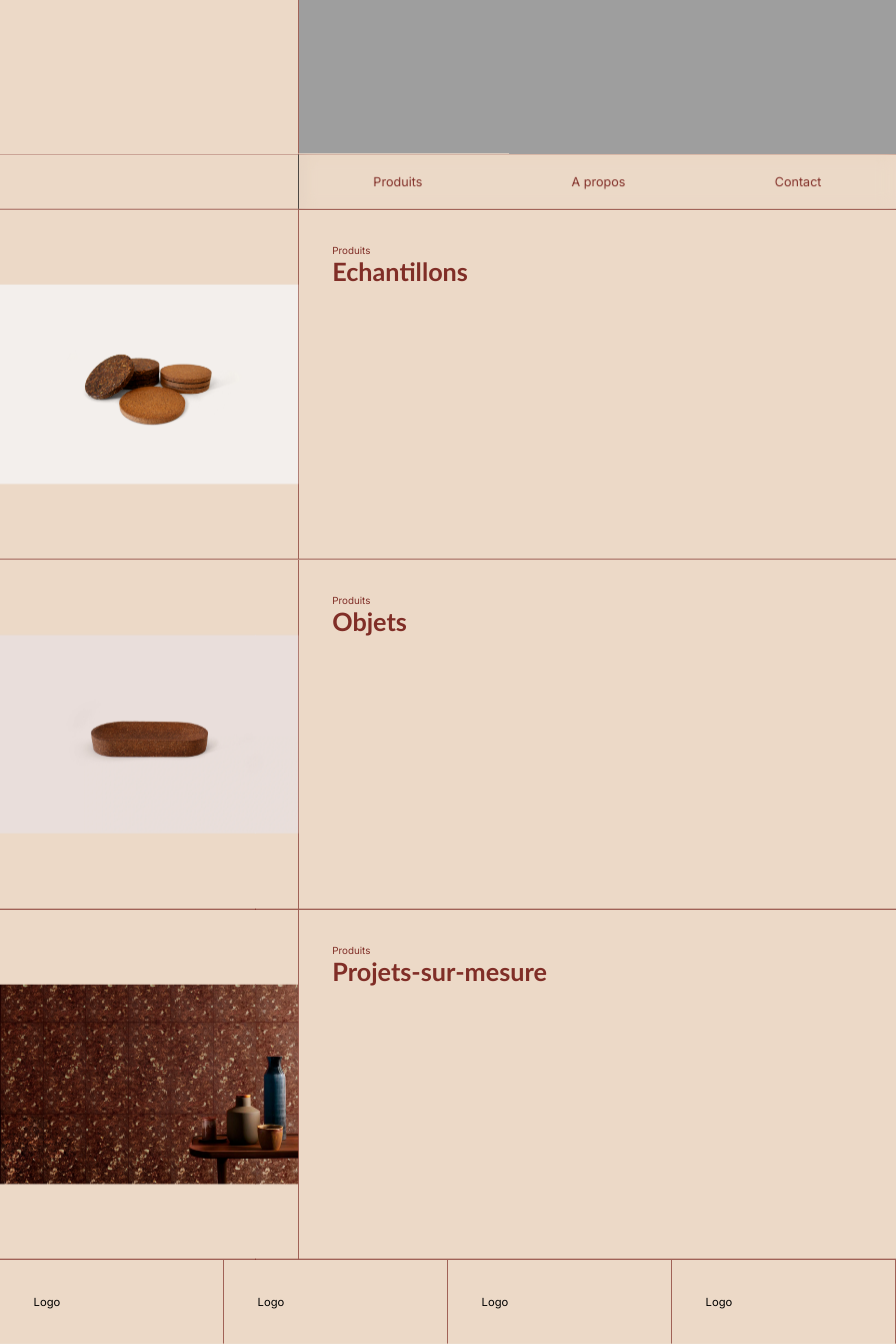
Repository: Neewd/adaozan
Page: /
The author's editor kept a copy of each file at every save. The page is drawn from the files as they stood at one save, then again after the next save.
The browser window is 1280 px wide. The pictures show the part of the page from y = 428 to 2348 px (the page is 2348 px tall before and 1319 px after), at 70% of full size.
Pictures or frames that could not be fetched are drawn as grey boxes. The project was rebuilt for these pictures with package versions that can differ from the ones it lists, and the page was loaded fresh each time. The framework's server and built-in components were replaced by stand-ins that run in the browser. Also part of the build but not shown: next.config.js.

Above is the page before, as saved 2023-08-10 21:06:15.

### app/page.tsx
import Image from "next/image";
import { Metadata } from "next";
import { ProductHero, ProductHeroProps } from "./components/ProductHero";
import { LogoCloud } from "./components/LogoCloud";

export const metadata: Metadata = {
	title: "Adaozañ",
	description: "Terme breton, définition: recycler, revaloriser",
};

const products: ProductHeroProps[] = [
	{
		imageUrl: "/img/echantillons.webp",
		title: "Produits",
		subtitle: "Echantillons",
	},
	{
		imageUrl: "/img/broye_solo.webp",
		title: "Produits",
		subtitle: "Objets",
	},
	{
		imageUrl: "/img/credence.webp",
		title: "Produits",
		subtitle: "Projets-sur-mesure",
	},
];

const logos: string[] = ["logo1.png", "logo2.png", "logo3.png", "logo4.png"];

export default function Home() {
	return (
		<div className="w-full bg-cream-100 relative h-min min-h-full">
			<div className="flex top-0 sticky w-full z-1 h-[90vh]">
				<div className="basis-4/12 p-12 border-r border-brown-100">
					<Image
						src="/img/logo.png"
						width={500}
						height={500}
						alt="Logo Adaozan"
					/>
				</div>
				<div className="basis-8/12 relative">
					<Image
						className="object-cover"
						src="/img/valorisation-marc-de-pomme.webp"
						fill={true}
						alt="Valorisation marc de pomme"
					/>
				</div>
			</div>

			<div className="flex h-20 border-y border-brown-100 z-20 sticky top-0 ">
				<div className="basis-4/12 border-r px-6 flex items-center bg-cream-100"></div>
				<div className="basis-8/12 flex justify-around items-center h-full bg-cream-100/40 backdrop-blur-md">
					<div className="text-brown-100 text-lg">Produits</div>
					<div className="text-brown-100 text-lg">A propos</div>
					<div className="text-brown-100 text-lg">Contact</div>
				</div>
			</div>

			<div className="flex z-10 relative flex-col">
				{products.map((product) => {
					return (
						<ProductHero
							key={product.title}
							imageUrl={product.imageUrl}
							title={product.title}
							subtitle={product.subtitle}
						/>
					);
				})}
			</div>
			<div>
				<LogoCloud logos={logos} />
			</div>
		</div>
	);
}

### app/components/ProductHero.tsx
import Image from "next/image";

export interface ProductHeroProps {
	imageUrl: string;
	imageAlt?: string;
	title: string;
	subtitle: string;
}

export const ProductHero = ({
	imageUrl,
	imageAlt,
	title,
	subtitle,
}: ProductHeroProps) => {
	return (
		<div className="flex w-full h-[500px] bg-cream-100 cursor-pointer">
			<div className="flex basis-4/12 relative border-b border-brown-100">
				<Image
					className="object-contain border-r border-brown-100"
					src={imageUrl}
					fill={true}
					alt={imageAlt ?? ""}
				/>
			</div>
			<div className="flex basis-8/12 relative gap-3 flex-col border-b border-brown-100">
				<div className="sticky p-12  top-24">
					<div className="text-sm text-brown-100">{title}</div>
					<div className="text-4xl text-brown-100 font-semibold font-heading">
						{subtitle}
					</div>
				</div>
			</div>
		</div>
	);
};

### app/components/LogoCloud.tsx
import Image from "next/image";

export const LogoCloud = ({ logos }: { logos: string[] }) => {
	return (
		<div className="flex w-full bg-cream-100 ">
			{logos.map((logo) => {
				return (
					<div
						className="px-12 py-12 flex-1 border-r border-brown-100"
						key={logo}
					>
						Logo
					</div>
				);
			})}
		</div>
	);
};

Loaded but not shown: app/layout.tsx (common file); app/globals.css (common file); tailwind.config.js (common file)

After the next save:
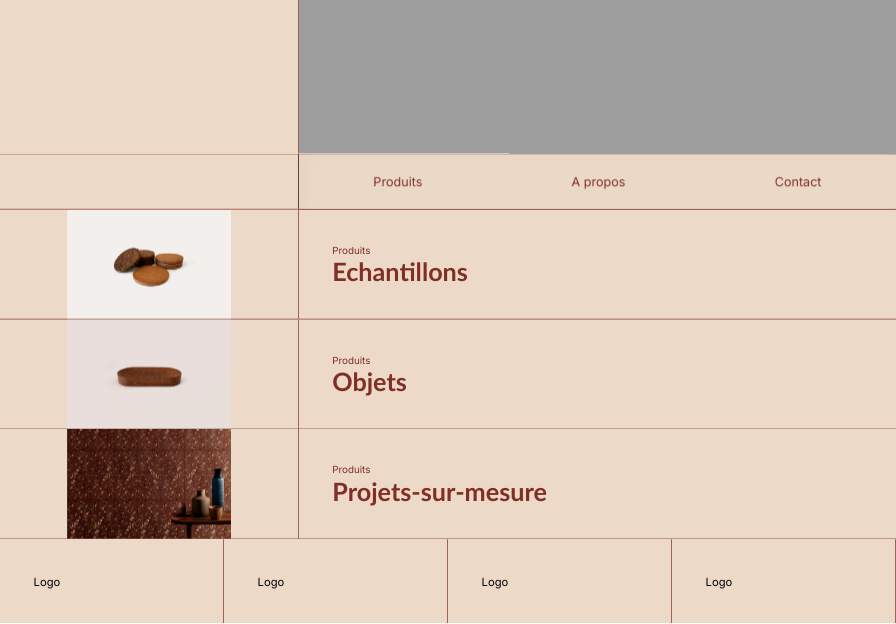
Saved 16 s later.
--- a/app/components/ProductHero.tsx
+++ b/app/components/ProductHero.tsx
@@ -14,7 +14,7 @@
 	subtitle,
 }: ProductHeroProps) => {
 	return (
-		<div className="flex w-full h-[500px] bg-cream-100 cursor-pointer">
+		<div className="flex w-full h-min bg-cream-100 cursor-pointer">
 			<div className="flex basis-4/12 relative border-b border-brown-100">
 				<Image
 					className="object-contain border-r border-brown-100"
